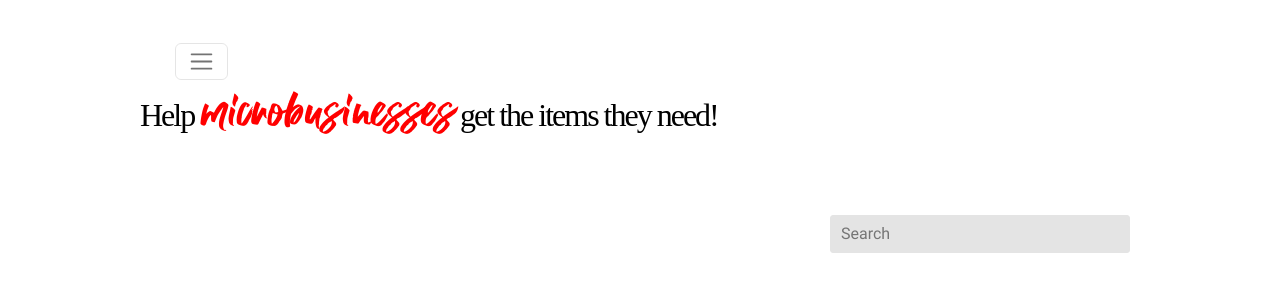
Repository: David-Waite/edableStyleChanges
Page: /
An editor plug-in stored every save of this project. The page is shown before and after the next save, followed by the edit.
The browser window is 1280 px wide. The pictures show the whole page.
The project was rebuilt for these pictures with package versions that can differ from the ones it lists, and the page was loaded fresh each time. Also part of the build but not shown: src/components/Item/ProgressBar.css, src/components/Volunteer/Volunteer.tsx, src/components/DonorForm/Message.css, src/components/Volunteer/VolunteerError.tsx, src/components/Default.tsx, src/components/DonorForm/Paypal.tsx, src/components/DonorForm/DonorForm.tsx, src/components/Organisation/Organisation.module.css and 9 more.

Above is the page before, as saved 2022-10-27 17:46:42.

After the next save:
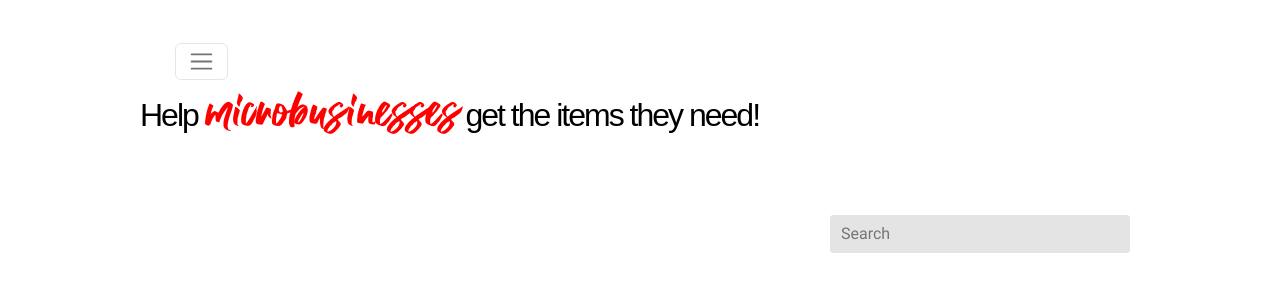
Saved 10 s later.
--- a/src/components/Landing/ItemsCollection.module.css
+++ b/src/components/Landing/ItemsCollection.module.css
@@ -10,7 +10,7 @@
 .title {
   font-size: 32px;
   color: black;
-  font-family: "sans-serif";
+  font-family: sans-serif;
   margin-top: 60px;
   margin-bottom: 60px;
   font-weight: 500;
